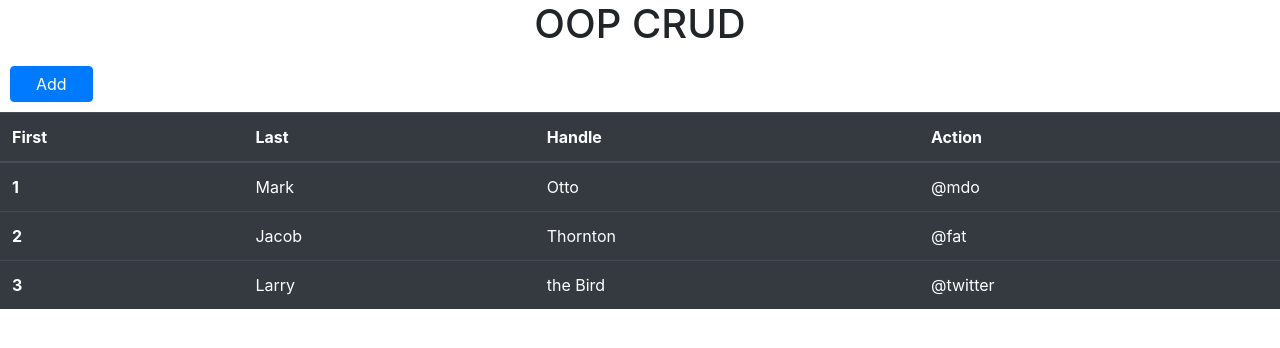
Repository: DhananjayaLakshan/PHP_CRUD_OOP1
Page: index.html
The author's editor kept a copy of each file at every save. The page is drawn from the files as they stood at one save, then again after the next save.
The browser window is 1280 px wide. The pictures show the whole page.

Above is the page before, as saved 2023-11-30 10:57:10.

### index.html
<!DOCTYPE html>
<html lang="en">

<head>
    <meta charset="UTF-8">
    <meta name="viewport" content="width=device-width, initial-scale=1.0">
    <title>CRUD OOP</title>
    <link rel="stylesheet" href="https://cdn.jsdelivr.net/npm/bootstrap@4.5.3/dist/css/bootstrap.min.css"
        integrity="sha384-TX8t27EcRE3e/ihU7zmQxVncDAy5uIKz4rEkgIXeMed4M0jlfIDPvg6uqKI2xXr2" crossorigin="anonymous">
    <link rel="stylesheet" href="style.css">
    <script src="script.js"></script>
</head>

<body>

    <h1 style="text-align: center;">OOP CRUD</h1>

    <a href="#"><button class="btn btn-primary addButton" id="addButton">Add</button></a>

    <table class="table table-dark">
        <thead>
            <tr>

                <th scope="col">First</th>
                <th scope="col">Last</th>
                <th scope="col">Handle</th>
                <th scope="col">Action</th>
            </tr>
        </thead>
        <tbody>
            <tr>
                <th scope="row">1</th>
                <td>Mark</td>
                <td>Otto</td>
                <td>@mdo</td>
            </tr>
            <tr>
                <th scope="row">2</th>
                <td>Jacob</td>
                <td>Thornton</td>
                <td>@fat</td>
            </tr>
            <tr>
                <th scope="row">3</th>
                <td>Larry</td>
                <td>the Bird</td>
                <td>@twitter</td>
            </tr>
        </tbody>
    </table>

    <script src="https://code.jquery.com/jquery-3.5.1.slim.min.js"
        integrity="sha384-DfXdz2htPH0lsSSs5nCTpuj/zy4C+OGpamoFVy38MVBnE+IbbVYUew+OrCXaRkfj"
        crossorigin="anonymous"></script>
    <script src="https://cdn.jsdelivr.net/npm/bootstrap@4.5.3/dist/js/bootstrap.bundle.min.js"
        integrity="sha384-ho+j7jyWK8fNQe+A12Hb8AhRq26LrZ/JpcUGGOn+Y7RsweNrtN/tE3MoK7ZeZDyx"
        crossorigin="anonymous"></script>
</body>

</html>

### style.css
.addButton {
    padding: 5px 25px;
    margin: 10px;

}

Loaded but not shown: script.js (no stored copy; drawn as an empty file)

After the next save:
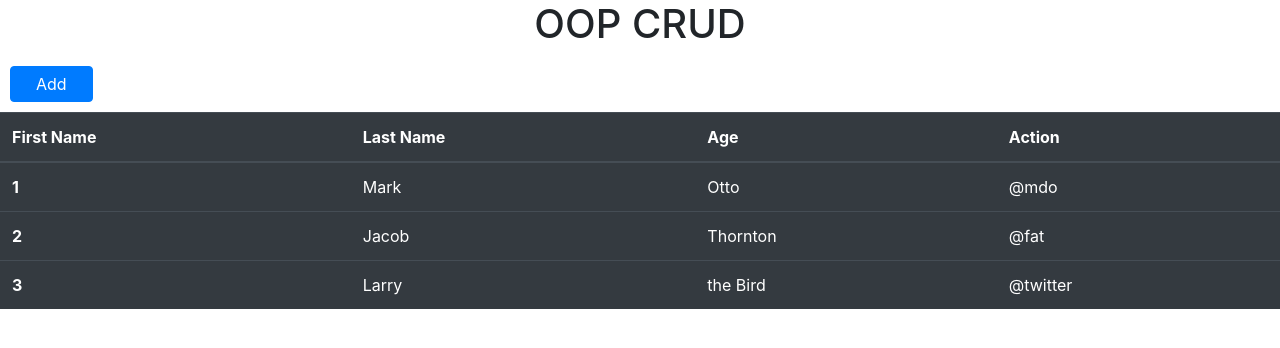
Saved 62 s later.
--- a/index.html
+++ b/index.html
@@ -21,9 +21,9 @@
         <thead>
             <tr>
 
-                <th scope="col">First</th>
-                <th scope="col">Last</th>
-                <th scope="col">Handle</th>
+                <th scope="col">First Name</th>
+                <th scope="col">Last Name</th>
+                <th scope="col">Age</th>
                 <th scope="col">Action</th>
             </tr>
         </thead>
